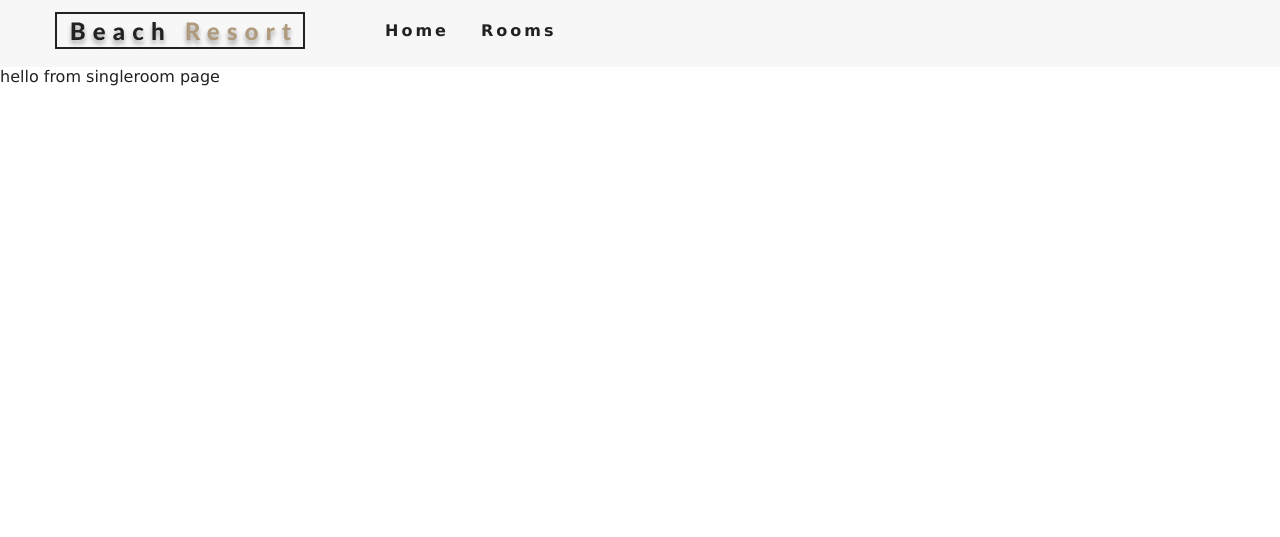
Repository: thanhn379/react-beach-resort
Page: /rooms/double-deluxe
These files come from the project's save history. The page is drawn as it stood at one moment and after the next save; the edit follows.
The browser window is 1280 px wide. The pictures show the whole page.
The project was rebuilt for these pictures with package versions that can differ from the ones it lists, and the page was loaded fresh each time. Also part of the build but not shown: src/components/Title.js, src/components/Services.js, src/components/Loading.js, src/components/Room.js, src/components/FeaturedRooms.js, src/pages/Home.js, src/pages/Rooms.js, src/pages/Error.js.

Above is the page before, as saved 2019-11-15 08:18:50.

After the next save:
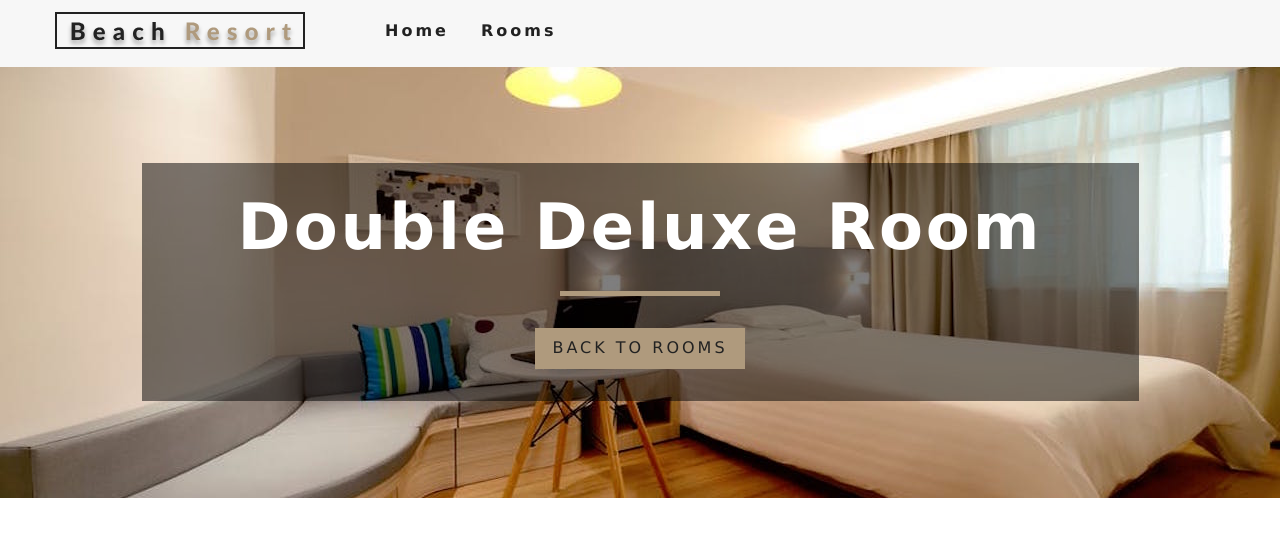
Saved 5 min 36 s later.
--- a/src/pages/SingleRoom.js
+++ b/src/pages/SingleRoom.js
@@ -31,6 +31,25 @@ export default class SingleRoom extends Component {
       );
     }
 
-    return <div>hello from singleroom page</div>;
+    const {
+      name,
+      description,
+      capacity,
+      size,
+      price,
+      extrasbreakfast,
+      pets,
+      images
+    } = room;
+
+    return (
+      <Hero hero="roomsHero">
+        <Banner title={`${name} room`}>
+          <Link to="/rooms" className="btn-primary">
+            back to rooms
+          </Link>
+        </Banner>
+      </Hero>
+    );
   }
 }
